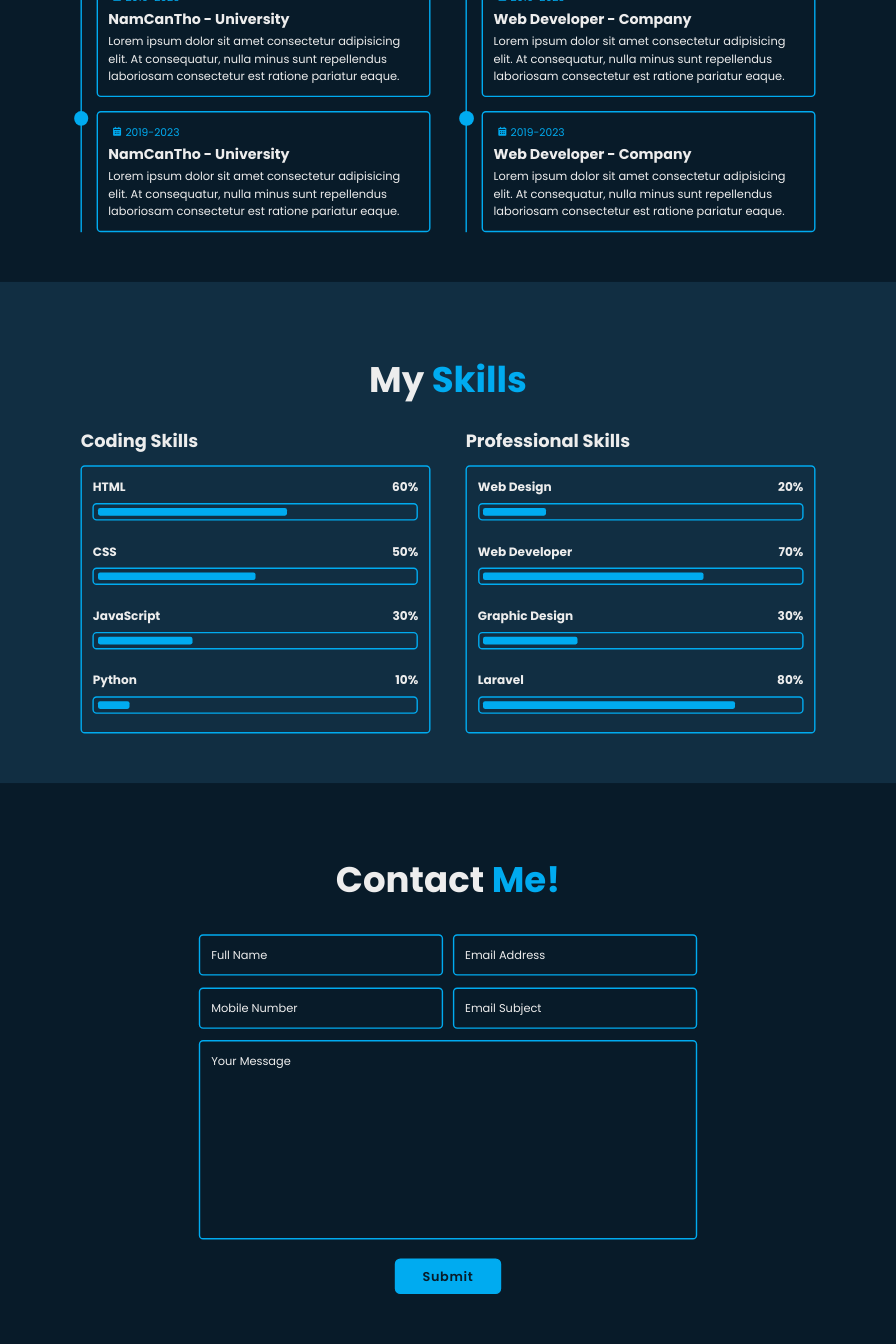
Repository: Tanty102/About_Me
Page: index.html
The author's editor kept a copy of each file at every save. The page is drawn from the files as they stood at one save, then again after the next save.
The browser window is 1280 px wide. The pictures show the part of the page from y = 2014 to 3934 px (the page is 3934 px tall before and 3904 px after), at 70% of full size.

Above is the page before, as saved 2023-09-12 21:45:43.

After the next save:
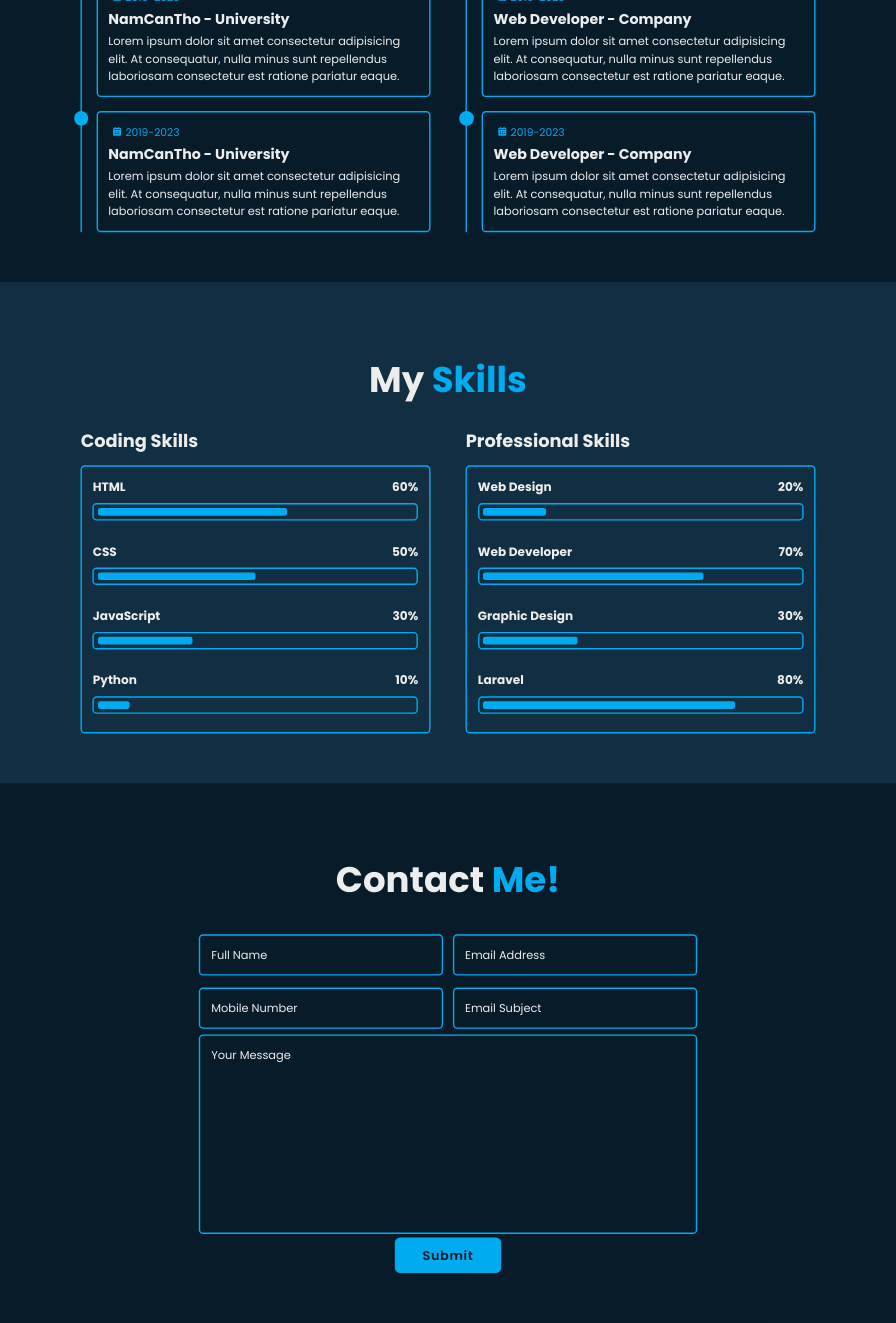
Saved 5 s later.
--- a/style.css
+++ b/style.css
@@ -546,7 +546,7 @@ span {
   transition: .5s;
 }
 
-
+.cnon
 
 .contact form .textarea-field {
   position: relative;
